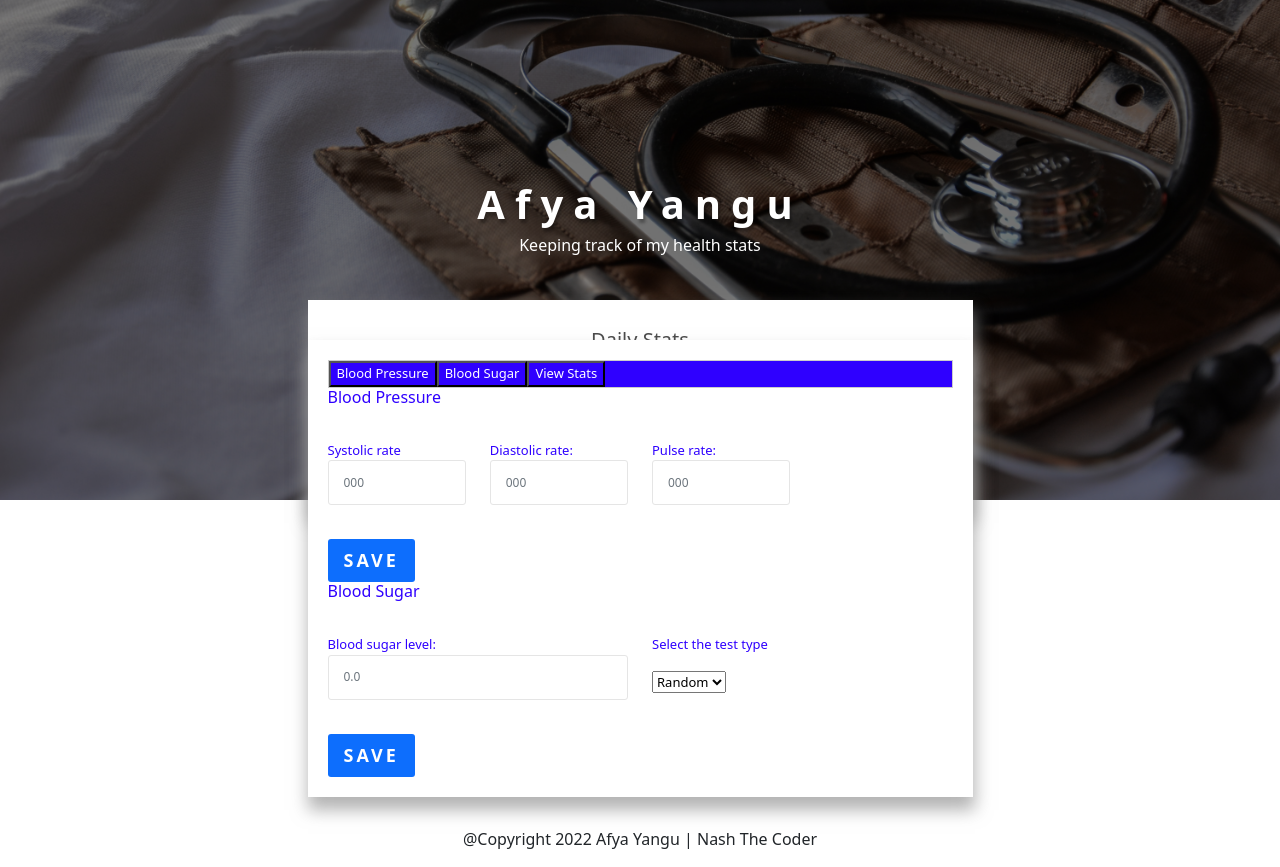
Repository: nashthecoder/afya_yangu
Page: / (app in client/)
An editor plug-in stored every save of this project. The page is shown before and after the next save, followed by the edit.
The browser window is 1280 px wide. The pictures show the whole page.
The project was rebuilt for these pictures with package versions that can differ from the ones it lists, and the page was loaded fresh each time.

Above is the page before, as saved 2022-03-17 08:34:54.

### client/public/index.html
<!DOCTYPE html>
<html lang="en">
  <head>
    <meta charset="utf-8" />
    <link rel="icon" href="%PUBLIC_URL%/favicon.ico" />
    <meta name="viewport" content="width=device-width, initial-scale=1" />
    <meta name="theme-color" content="#000000" />
    <meta
      name="description"
      content="Web site created using create-react-app"
    />
    <link rel="apple-touch-icon" href="%PUBLIC_URL%/logo192.png" />
    <!--
      manifest.json provides metadata used when your web app is installed on a
      user's mobile device or desktop. See https://developers.google.com/web/fundamentals/web-app-manifest/
    -->
    <link rel="manifest" href="%PUBLIC_URL%/manifest.json" />
    <!--
      Notice the use of %PUBLIC_URL% in the tags above.
      It will be replaced with the URL of the `public` folder during the build.
      Only files inside the `public` folder can be referenced from the HTML.

      Unlike "/favicon.ico" or "favicon.ico", "%PUBLIC_URL%/favicon.ico" will
      work correctly both with client-side routing and a non-root public URL.
      Learn how to configure a non-root public URL by running `npm run build`.
    -->
    <title>Afya Yangu</title>
  </head>
  <body>
    <noscript>You need to enable JavaScript to run this app.</noscript>
    <div id="root"></div>
    <!--
      This HTML file is a template.
      If you open it directly in the browser, you will see an empty page.

      You can add webfonts, meta tags, or analytics to this file.
      The build step will place the bundled scripts into the <body> tag.

      To begin the development, run `npm start` or `yarn start`.
      To create a production bundle, use `npm run build` or `yarn build`.
    -->
  </body>
</html>

### client/src/index.js
import React from 'react';
import ReactDOM from 'react-dom';
import App from './App';
import reportWebVitals from './reportWebVitals';
import '../src/style.scss';

ReactDOM.render(
  <React.StrictMode>
    <App />
  </React.StrictMode>,
  document.getElementById('root')
);

// If you want to start measuring performance in your app, pass a function
// to log results (for example: reportWebVitals(console.log))
// or send to an analytics endpoint. Learn more: https://bit.ly/CRA-vitals
reportWebVitals();

### client/src/App.js
import React from 'react'
import Banner from './components/Banner'
import Header from './components/Header'
import Form from './components/Form'
import Footer from './components/Footer'
function App() {
  return (
    <div className="App">
      <Banner />
      <Header />
      <Form />
      <Footer />
    </div>
  );
}

export default App;

### client/src/style.scss
@import '../node_modules/bootstrap/scss/bootstrap.scss';
/*********************************************/
/*             GENERAL CSS              */
/*********************************************/

body {
    width: 100%;
    position: relative;
}

p.main-form-text {
    font-size: 20px !important;
    font-weight: 500;
    color: #494949;
}

h3 {
    font-size: 40px;
    letter-spacing: 10px;
    font-weight: bold;
}

h4 {
    font-size: 16px;
}

img {
    width: 100%;
    height: 100%;
}

form {
    position: relative;
}

/*********************************************/
/*              UTILITY CSS             */
/*********************************************/

input,
input.form-control {
    color: #222;
    font-size: 12px;
    background: $white;
    padding: 0 15px;
    width: 100%;
    height: 45px;
    line-height: 46px;
    outline: none;
    border: 1px solid #e5e5e5;
    border-radius: 3px;
    box-shadow: none;
    transition: all 0.3s;
}

.btn-primary {
    font-weight: 600;
    font-size: 18px;
    cursor: pointer;
    display: inline-block;
    text-transform: uppercase;
    border: none;
    color: $white;
    border-radius: 3px;
    transition: all 0.3s;
    letter-spacing: 3px;
}

.btn-primary:hover,
.btn-primary:focus {
    background-color: #2b2b2b;
}

.banner {
    background-image: url("./images/bg.jpg");
    min-height: 500px;
    padding: 40px 0px;
    position: relative;
    background-position: center center;
    background-size: cover;
    background-repeat: no-repeat;
}

.banner::before {
    content: "";
    width: 100%;
    height: 100%;
    opacity: 0.5;
    background-color: #000;
    position: absolute;
    top: 0;
}

.brand {
    text-shadow: 2px 4px 3px rgba(0, 0, 0, 0.3);
}

.caption-text {
    margin-top: 130px;
    color: $white;
    position: relative;
}

/*********************************************/
/*              BANNER CSS              */
/*********************************************/

.banner {
    background-image: url("./images/bg.jpg");
    min-height: 500px;
    padding: 40px 0px;
    position: relative;
    background-position: center center;
    background-size: cover;
    background-repeat: no-repeat;
}

.banner::before {
    content: "";
    width: 100%;
    height: 100%;
    opacity: 0.5;
    background-color: #000;
    position: absolute;
    top: 0;
}

.brand {
    text-shadow: 2px 4px 3px rgba(0, 0, 0, 0.3);
}

.caption-text {
    margin-top: 130px;
    color: $white;
    position: relative;
}

/*********************************************/
/*              FORM CSS                "/
/*********************************************/

.form-box #box-title {
    position: relative;
    padding: 10px;
    text-align: center;
}

.form-box #box-title p {
    margin-bottom: 0;
    font-size: 14px;
}

.fill-form {
    position: relative;
    margin: -210px auto 0px auto;
    box-shadow: 1px 12px 16px 1px rgba(153, 153, 153, 0.75);
    -webkit-box-shadow: 1px 12px 16px 1px rgba(153, 153, 153, 0.75);
    -moz-box-shadow: 1px 12px 16px 1px rgba(153, 153, 153, 0.75);
}

.fill-form .form-box__content {
    padding: 20px;
    margin-bottom: 30px;
    background-color: $white;
}

.row {
    padding-top: 10px;
    color: rgb(47, 0, 255);
    font-size: small;
}

.radio-button {
    font: 1rem 'Fira Sans', sans-serif;
}

.radio-button input {
    margin: .4rem;
}


/*********************************************/
/*              TAB CSS                  "/
/*********************************************/
.tab {
    overflow:hidden;
    border: 1px solid #ccc;
    background-color: rgb(47, 0, 255);
}

.tab button {
    background-color: inherit;
    color: #fff;
}

.tabcontent {
    display: none;
    padding: 6px 12px;
    border: 1px solid #ccc;
    border-top: none;
}
/*********************************************/
/*               FOOTER CSS                  "/
/*********************************************/

footer p {
    margin: 55px 0px 60px 0px;
    padding-top: 20px;
    font-size: 17px;
    font-weight: 600;
    color: transparent;
    -webkit-background-clip: text;
    -moz-background-clip: text;
    background-clip: text;
}


/*********************************************/
/*              MEDIA QUERIES CSS           "/
/*********************************************/

@media only screen and (min-width: 994px) and (max-width: 1398px) and (-webkit-min-device-pixel-ratio: 1) {
    .form-box #box-title {
        padding: 5px 20px 20px 20px;
    }
}

@media only screen and (min-width: 767px) and (max-width: 1196px) and (-webkit-min-device-pixel-ratio: 1) {
    .form-box #box-title {
        padding: 0px;
    }
    .fill-form .form-box__content {
        padding: 50px 50px 60px 50px;
    }
}

@media only screen and (min-width: 500px) and (max-width: 766px) and (-webkit-min-device-pixel-ratio: 1) {
    .form-box #box-title {
        padding: 0px;
    }
    .fill-form .form-box__content {
        padding: 50px 50px 60px 50px;
    }
    h3.brand {
        font-size: 30px;
    }
    .caption-text h4 {
        font-size: 14px;
    }
    .caption-text {
        margin-top: 110px;
    }
    footer {
        margin-bottom: 30px;
    }
    .form-box__img {
        display: none;
    }
}

@media only screen and (min-width: 360px) and (max-width: 499px) and (-webkit-min-device-pixel-ratio: 1) {
    .caption-text {
        margin-top: 30px;
    }
    h3.brand {
        font-size: 19px;
    }
    .banner {
        min-height: 400px;
    }
    .form-box__img {
        display: none;
    }
    footer {
        margin-bottom: 10px;
    }
}

@media only screen and (max-width: 359px) {
    .caption-text {
        margin-top: 30px;
    }
    h3.brand {
        font-size: 17px;
    }
    .caption-text h4 {
        font-size: 12px;
    }
    .banner {
        min-height: 400px;
    }
    .form-box__img {
        display: none;
    }
    .form-box #box-title {
        padding: 0px 30px 30px;
    }
}

### client/src/components/Banner.js
import React from 'react'

const Banner = () => {
    return (
        <>
        <header>
            <div className="banner">
                <div className="container">
                    <div className="row">
                        <div className="col-lg-9 offset-lg-3 mx-auto">
                            <div className="caption-text text-center">
                                <h3 className="brand">Afya Yangu</h3>
                                <h4> Keeping track of my health stats</h4>
                            </div>
                        </div>
                    </div>
                </div>
            </div>
        </header>
        </>
    )
}

export default Banner

### client/src/components/Header.js
import React from 'react'

const Header = () => {
    return (
        <>
        <section>
            <div className="container">
                <div className="row">
                <div className="col-lg-7 offset-lg-2 g-0 mx-auto">
                    <div className="fill-form form-box">
                            <div className="form-box__content">
                            <div id="box-title">
                                <p className="main-form-text">Daily Stats</p>
                            </div>
                            <div className="top-container row-cols-2">
                                <label for="date">Date:</label>
                                <input className="col-3 mt-3" type="date" id="date" name="date" />
                            <label for="test">Select a time:</label>
                                    <select className="col-3 mt-3 p-2"type="time" id="test" name="test">
                                        <option selected>Morning</option>
                                        <option>Evening</option>
                                    </select>
                                </div>
                            </div>
                        </div>
                    </div>
                </div>
                </div>
        </section>
        </>
    )
}

export default Header

### client/src/components/Form.js
import React from 'react'

const Form = () => {
    return (
        <>
        <section>
            <div className="container">
                <div className="row">
                <div className="col-lg-7 offset-lg-2 g-0 mx-auto">
                    <div className="fill-form form-box">
                            <div className="form-box__content">
                                <div className="tab">
                                    <button className="tablinks">Blood Pressure</button>
                                    <button className="tablinks">Blood Sugar</button>
                                    <button className="tablinks">View Stats</button>
                                </div>

                                <h4>Blood Pressure</h4>
                                <form>
                                    <div class="row row-cols-3">
                                    <div className="col-3 mt-3">
                                        <label for="systolic-number">Systolic rate</label>
                                        <input
                                            class="form-control"
                                            id="systolic-number"
                                            name="systolic-number"
                                            placeholder='000'
                                            type="number"
                                        />
                                    </div>
                                    <div className="col-3 mt-3">
                                        <label for="diastolic-number">Diastolic rate:</label>
                                        <input
                                            className="form-control"
                                            id="diastolic-number"
                                            name="diastolic-number"
                                            placeholder='000'
                                            type="number"
                                        />
                                    </div>
                                    <div className="col-3 mt-3">
                                    <label for="pulse-rate">Pulse rate:</label>
                                    <input
                                        className="form-control"
                                        id="pulse-rate"
                                        name="pulse-rate"
                                        placeholder='000'
                                        type="number"
                                    />
                                    </div>
                                    </div>
                                    <div className="d-grid mt-4">
                                    <div class="container">
                                        <div class="row">
                                            <div class="col">
                                                <button class="btn btn-primary btn-lg" type="submit" value="save">
                                                    Save
                                                </button>
                                            </div>
                                        </div>
                                    </div>
                                    </div>
                                </form>

                                <div className="tabContent">
                                <h4>Blood Sugar</h4>
                                <form>
                                    <div class="row row-cols-2">
                                    <div className=" col-6 mt-3">
                                        <label for="bloodSugar-level">Blood sugar level:</label>
                                        <input
                                            class="form-control"
                                            id="bloodSugar-level"
                                            name="bloodSugar-level"
                                            type="number"
                                            step='0.1'
                                            placeholder='0.0'
                                        />
                                    </div>
                                    <div className="mt-3">
                                        <p>Select the test type</p>
                                        <select id="simple" name="simple">
                                            <option selected>Random</option>
                                            <option>Fasted</option>
                                        </select>
                                    </div>
                                    </div>
                                    <div className="d-grid mt-4">
                                    <div class="container">
                                        <div class="row">
                                            <div class="col">
                                                <button class="btn btn-primary btn-lg" type="submit" value="save">
                                                    Save
                                                </button>
                                            </div>
                                        </div>
                                    </div>
                                    </div>
                                </form>
                                </div>
                            </div>
                        </div>
                    </div>
                </div>
                </div>
        </section>
        </>
    )
}

export default Form

### client/src/components/Footer.js
import React from 'react'

const Footer = () => {
    return (
        <>
        <div>
            <p className="footer text-center">@Copyright 2022 Afya Yangu | Nash The Coder</p>
        </div>
        </>
    )
}

export default Footer

Loaded but not shown: client/src/reportWebVitals.js (common file)

After the next save:
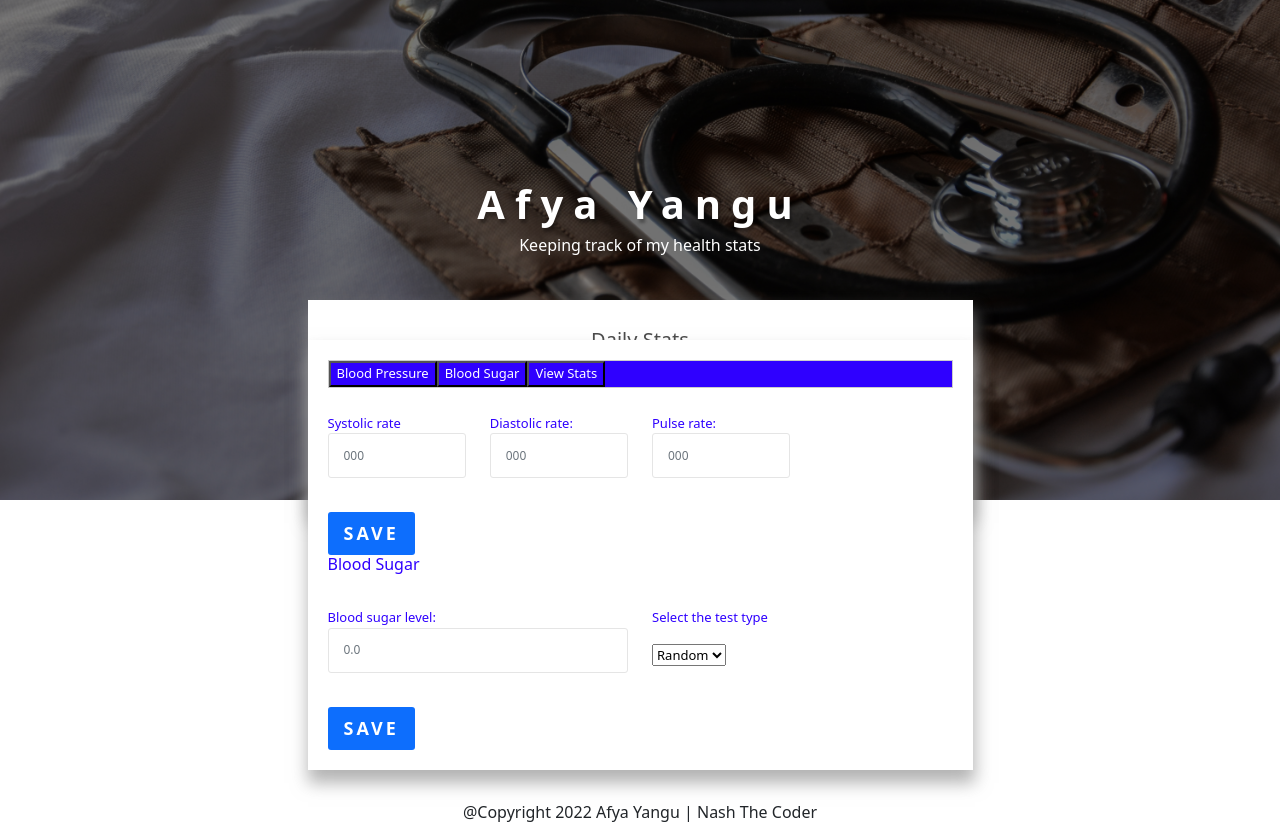
Saved 7 s later.
--- a/client/src/components/Form.js
+++ b/client/src/components/Form.js
@@ -14,8 +14,6 @@ const Form = () => {
                                     <button className="tablinks">Blood Sugar</button>
                                     <button className="tablinks">View Stats</button>
                                 </div>
-
-                                <h4>Blood Pressure</h4>
                                 <form>
                                     <div class="row row-cols-3">
                                     <div className="col-3 mt-3">
